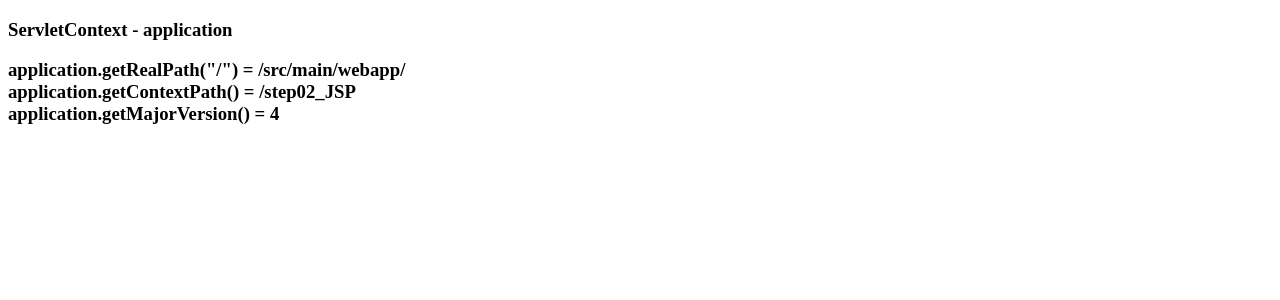
Repository: j-hee-98/Servlet-JSP
Page: http://localhost/step02_JSP/application/applicationMethod.jsp
These files come from the project's save history. The page is drawn as it stood at one moment and after the next save; the edit follows.
The browser window is 1280 px wide. The pictures show the whole page.
The page is served by Tomcat 9.

Above is the page before, as saved 2025-04-15 05:55:13.

After the next save:
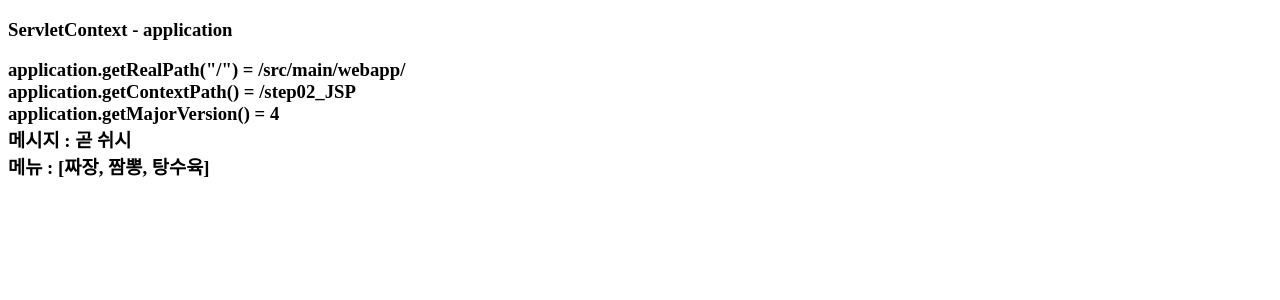
Saved 47 s later.
--- a/step02_JSP/src/main/webapp/application/applicationMethod.jsp
+++ b/step02_JSP/src/main/webapp/application/applicationMethod.jsp
@@ -19,6 +19,9 @@
 		application.setAttribute("message", "곧 쉬시");
 		application.setAttribute("menus", Arrays.asList("짜장","짬뽕","탕수육"));
 	%>
+
+	메시지 : <%=application.getAttribute("message") %> <br>
+	메뉴 : <%=application.getAttribute("menus") %> <br>
 </h3>
 </body>
 </html>
